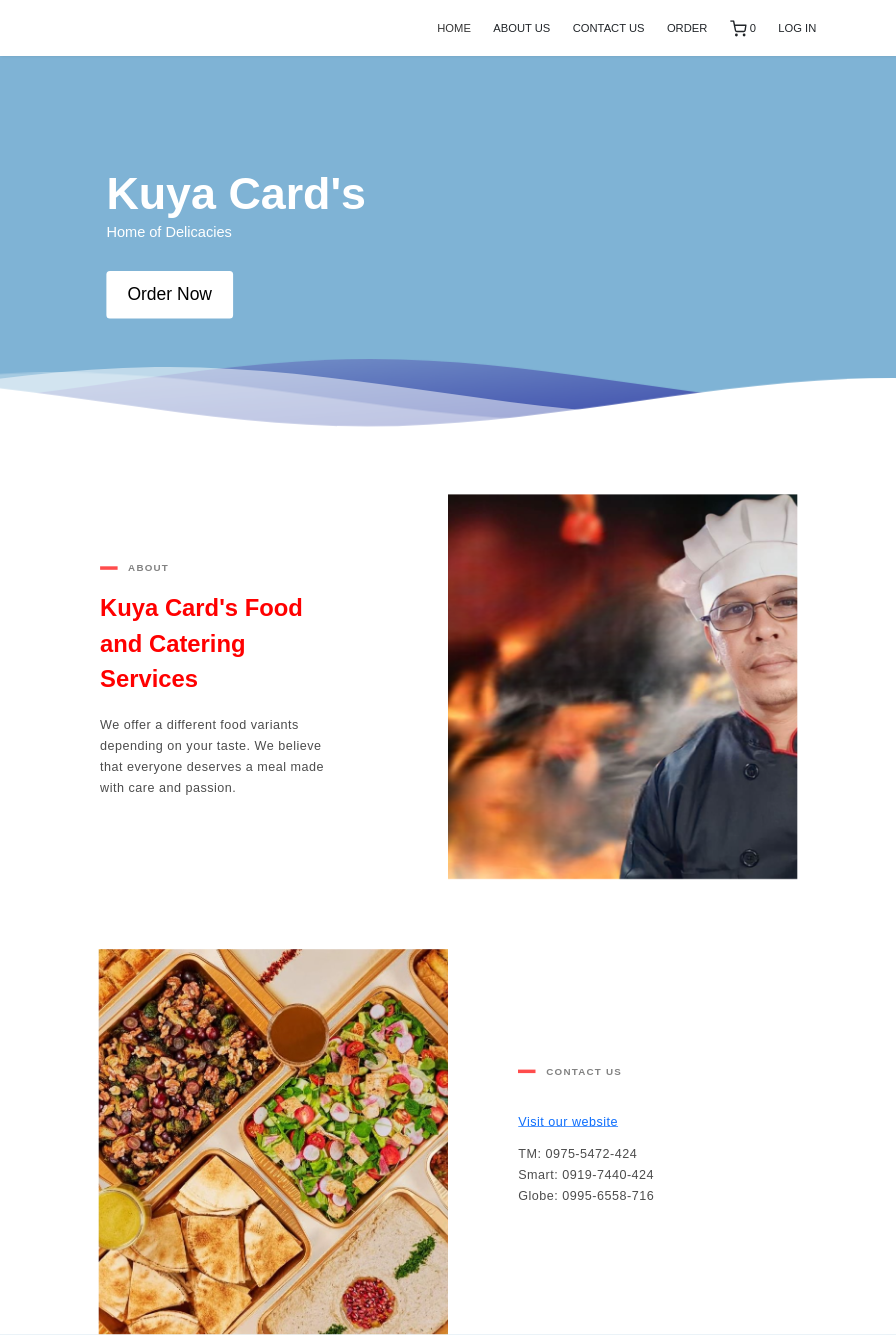
Repository: banbanny/kuyacards_catering
Page: http://localhost/login_signup.php
The author's editor kept a copy of each file at every save. The page is drawn from the files as they stood at one save, then again after the next save.
The browser window is 1280 px wide. The pictures show the part of the page from y = 0 to 1920 px (the page is 2864 px tall before and 720 px after), at 70% of full size.
The page is run by PHP 8.4 with error messages shown; the project is at /var/www/html/.

Above is the page before, as saved 2024-11-26 21:18:43.
Console error: SyntaxError: missing ) after argument list

After the next save:
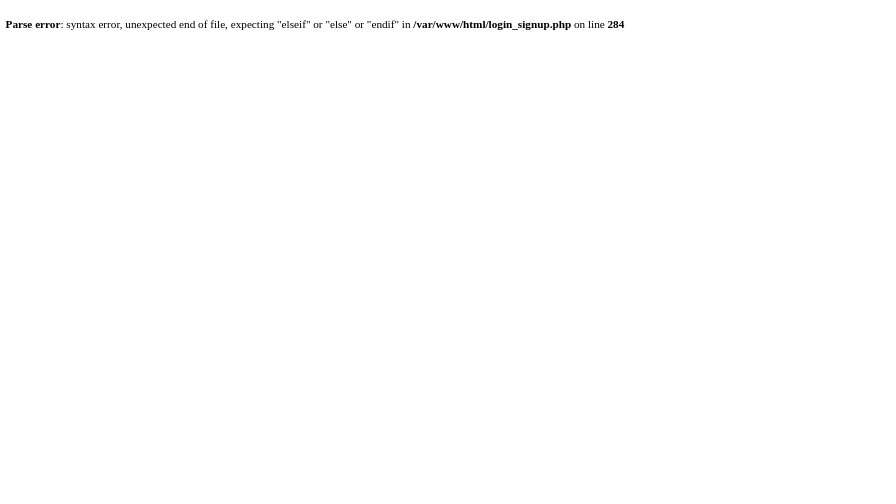
The error is gone.
Saved 23 s later.
--- a/login_signup.php
+++ b/login_signup.php
@@ -55,10 +55,6 @@
         <?php if (isset($_SESSION['user_id'])): ?>
             <!-- Show LOG OUT button if user is logged in -->
             <li><a href="logout.php" class="nav-link">LOG OUT</a></li>
-        <?php else: ?>
-            <!-- Show LOG IN button if user is not logged in -->
-            <li><a href="login_signup.php" class="nav-link">LOG IN</a></li>
-        <?php endif; ?>
     </ul>
 </nav>
 

After the save that followed:
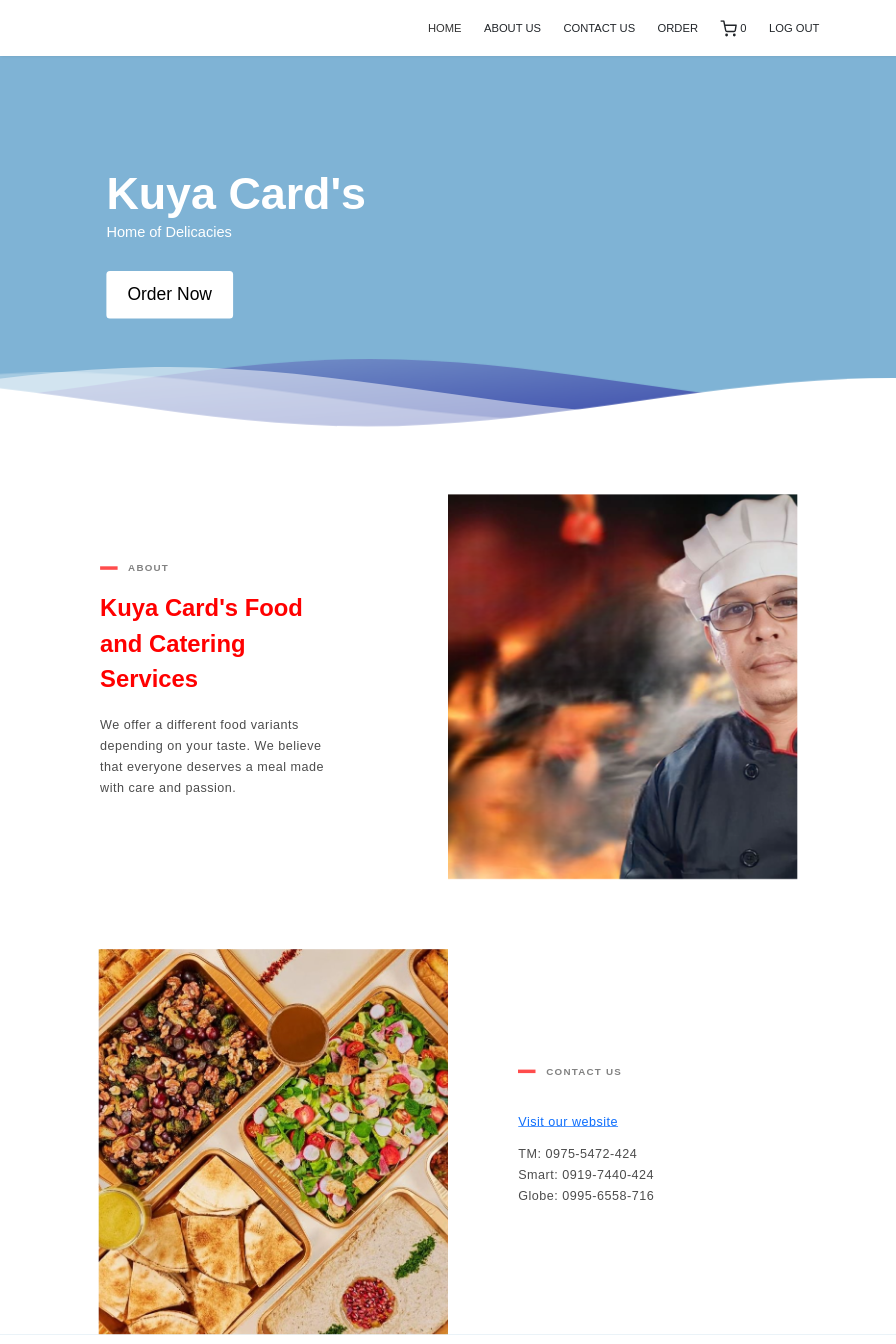
Console error: SyntaxError: missing ) after argument list
Saved 7 s later.
--- a/login_signup.php
+++ b/login_signup.php
@@ -52,8 +52,6 @@
                 <span id="cart-count">0</span> <!-- Cart count span -->
             </a>
         </li>
-        <?php if (isset($_SESSION['user_id'])): ?>
-            <!-- Show LOG OUT button if user is logged in -->
             <li><a href="logout.php" class="nav-link">LOG OUT</a></li>
     </ul>
 </nav>
